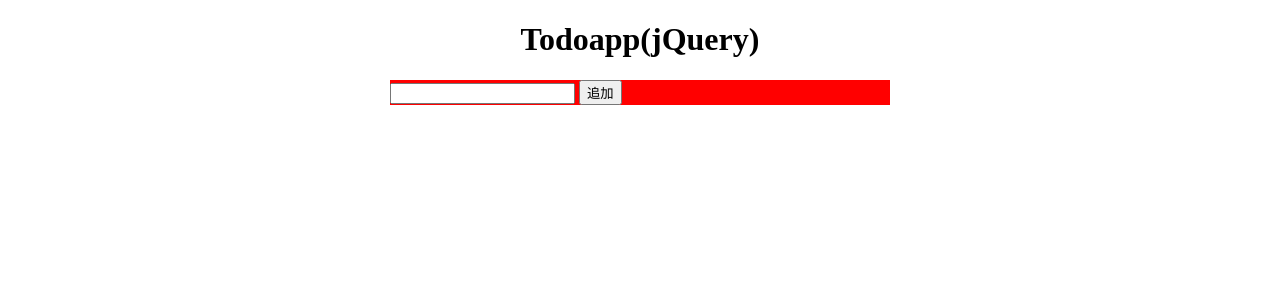
Repository: shinyahayashi1103/Todoapp-jQuery
Page: index.html
The author's editor kept a record of every edit. The page is drawn from the files as they stood at one moment, then again after the next edit.
The browser window is 1280 px wide. The pictures show the whole page.

Above is the page before.

After the next edit:
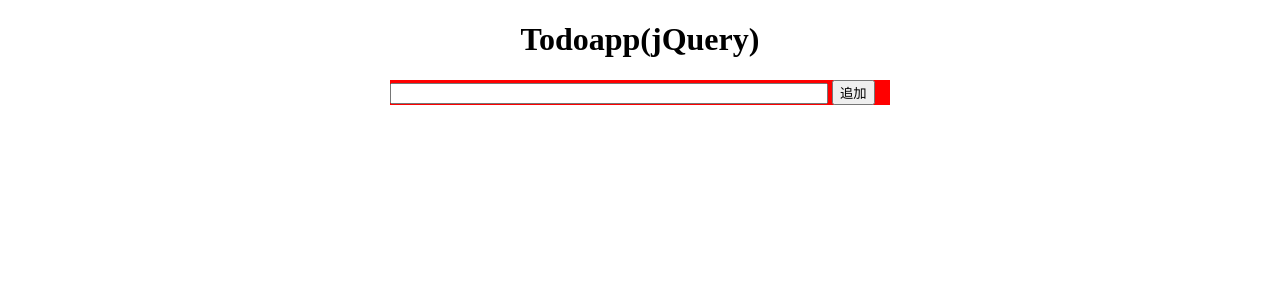
The edit:
--- a/style.css
+++ b/style.css
@@ -7,6 +7,10 @@
    margin: 0 auto;
    background-color: red;
 
+}
+
+#todo-input{
+    width: 430px;
 }
 
 
